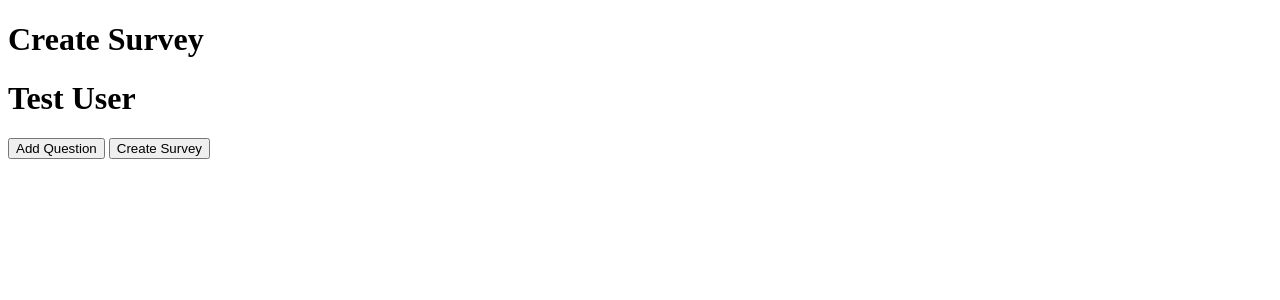
Repository: miki-babi/survey
Page: http://localhost/survey/create
These files come from the project's save history. The page is drawn as it stood at one moment and after the next save; the edit follows.
The browser window is 1280 px wide. The pictures show the whole page.
The page is served by the project's Laravel application, run on PHP 8.4 with Laravel 12. A made-up administrator, Test User (test@example.com), is signed in. Other server files are loaded and not shown.

Above is the page before, as saved 2024-10-28 16:20:09.

### routes/web.php
<?php

use App\Http\Controllers\ProfileController;
use Illuminate\Support\Facades\Route;

Route::get('/', function () {
    return view('welcome');
});

Route::get('/dashboard', function () {
    return view('dashboard');
})->middleware(['auth', 'verified'])->name('dashboard');

Route::middleware('auth')->group(function () {
    Route::get('/profile', [ProfileController::class, 'edit'])->name('profile.edit');
    Route::patch('/profile', [ProfileController::class, 'update'])->name('profile.update');
    Route::delete('/profile', [ProfileController::class, 'destroy'])->name('profile.destroy');
});



use App\Http\Controllers\SurveyController;

// Create a survey
Route::post('/survey/create', [SurveyController::class, 'createSurvey'])->name('survey.create');
Route::get('/survey/create',
function () {
    return view('create-survey');
}
)->name('survey.create');

// Get a survey (for answering)
Route::get('/survey/get', [SurveyController::class, 'getSurvey'])->name('survey.get');

// Submit answers for a survey
Route::post('/survey/answer', [SurveyController::class, 'submitAnswers'])->name('survey.answer');




require __DIR__.'/auth.php';

### resources/views/create-survey.blade.php
<!DOCTYPE html>
<html lang="en">
<head>
   <meta charset="UTF-8">
   <meta name="viewport" content="width=device-width, initial-scale=1.0">
   <title>Create Survey</title>
   <link rel="stylesheet" href="https://cdnjs.cloudflare.com/ajax/libs/font-awesome/6.0.0-beta3/css/all.min.css" integrity="sha384-k6RqeWeci5ZR/Lv4MR0sA0FfDOM+OPvv+0DFeZxSTLsLnYy0Y6xzFgN6C/tn6iGQ" crossorigin="anonymous">
</head>
<body>
   <h1>Create Survey</h1>
   <form id="surveyForm" action="/survey/create" method="POST">
       @csrf
       <div id="questionsContainer"></div>
        <h1>{{ auth()->user()->name }}</h1>
       <button type="button" onclick="addQuestion()">Add Question</button>
       <button type="submit">Create Survey</button>
   </form>
<h1>

</h1>
   <script>
       let questionCount = 0;

       function addQuestion() {
           questionCount++;
           const questionId = `question_${questionCount}`;

           const questionContainer = document.createElement('div');
           questionContainer.id = questionId;
           questionContainer.innerHTML = `
               <h3>Question ${questionCount}</h3>
               <label>Content:</label>
               <input type="text" name="questions[${questionCount}][content]" required><br>

               <label>Is Final Question:</label>
                <input type="hidden" name="questions[${questionCount}][is_final]" value="0">
                <input type="checkbox" name="questions[${questionCount}][is_final]" value="1">

               <label>Type:</label>
               <select name="questions[${questionCount}][type]" required>
                   <option value="single">Single Answer</option>
                   <option value="multiple">Multiple Choice</option>
               </select><br>

               <div id="choicesContainer_${questionCount}"></div>
               <button type="button" onclick="addChoice(${questionCount})">Add Choice</button>
               <hr>
           `;

           document.getElementById('questionsContainer').appendChild(questionContainer);
       }

       function addChoice(questionIndex) {
           const choicesContainer = document.getElementById(`choicesContainer_${questionIndex}`);
           const choiceCount = choicesContainer.childElementCount + 1;
           const choiceContainer = document.createElement('div');
           choiceContainer.innerHTML = `
               <label>Choice ${choiceCount}:</label>
               <input type="text" name="questions[${questionIndex}][choices][${choiceCount}][content]" required>
               <label>Next Question ID (optional):</label>
               <input type="number" name="questions[${questionIndex}][choices][${choiceCount}][next_question_id]">
               <br>
           `;

           choicesContainer.appendChild(choiceContainer);
       }
   </script>
</body>
</html>

Loaded but not shown: routes/auth.php (common file); app/Http/Controllers/Auth/EmailVerificationPromptController.php (common file); app/Http/Controllers/Controller.php (common file); app/Http/Controllers/Auth/VerifyEmailController.php (common file); app/Models/User.php (common file)

After the next save:
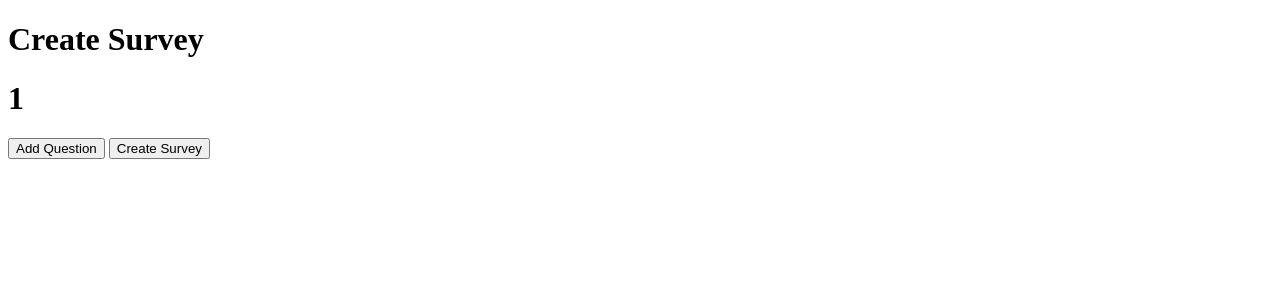
Saved 14 s later.
--- a/resources/views/create-survey.blade.php
+++ b/resources/views/create-survey.blade.php
@@ -11,7 +11,7 @@
    <form id="surveyForm" action="/survey/create" method="POST">
        @csrf
        <div id="questionsContainer"></div>
-        <h1>{{ auth()->user()->name }}</h1>
+        <h1>{{ auth()->user()->id }}</h1>
        <button type="button" onclick="addQuestion()">Add Question</button>
        <button type="submit">Create Survey</button>
    </form>
